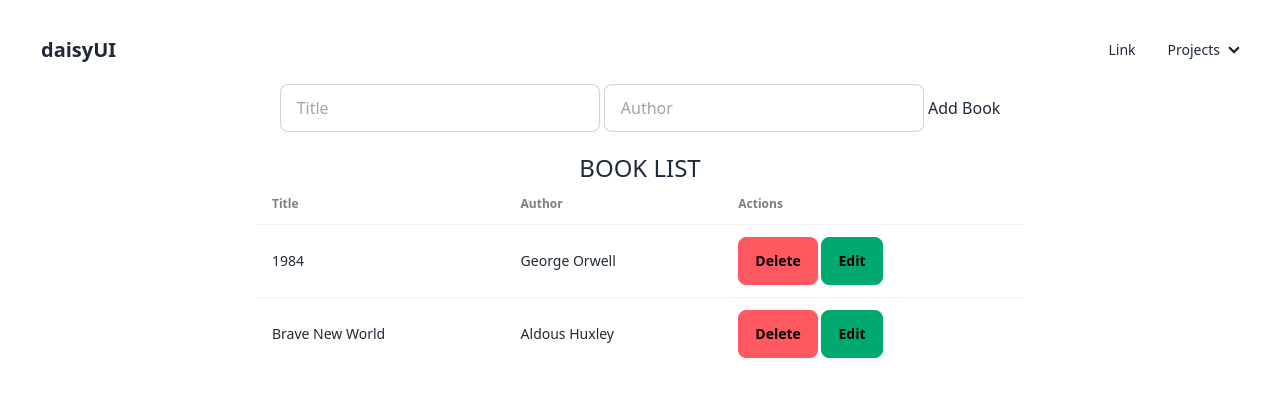
Repository: sibi24sibi/Crud-app-svelte
Page: /
The author's editor kept a copy of each file at every save. The page is drawn from the files as they stood at one save, then again after a run of saves.
The browser window is 1280 px wide. The pictures show the whole page.
The project was rebuilt for these pictures with package versions that can differ from the ones it lists, and the page was loaded fresh each time. Also part of the build but not shown: svelte.config.js, vite.config.js.

Above is the page before, as saved 2024-06-30 19:05:27.

### index.html
<!doctype html>
<html lang="en" data-theme="light">
  <head>
    <meta charset="UTF-8" />
    <link rel="icon" type="image/svg+xml" href="/vite.svg" />
    <meta name="viewport" content="width=device-width, initial-scale=1.0" />
    <title>Vite + Svelte</title>
  </head>
  <body>
    <div id="app"></div>
    <script type="module" src="/src/main.js"></script>
  </body>
</html>

### src/App.svelte
<script>
  import Navbar from "./Components/Navbar.svelte";

  import AddBook from "./Components/AddBook.svelte";
  import BookList from "./Components/BookList.svelte";
</script>

<main>
  <Navbar />

  <AddBook />
  <BookList />
</main>

<style>
  main {
    text-align: center;
    padding: 1em;
    margin: 0 auto;
  }
</style>

### src/Components/Navbar.svelte
<script></script>

<body>
  <div class="navbar bg-base-100">
    <div class="flex-1">
      <a class="btn btn-ghost text-xl">daisyUI</a>
    </div>
    <div class="flex-none">
      <ul class="menu menu-horizontal px-1">
        <li><a>Link</a></li>
        <li>
          <details>
            <summary>Projects</summary>
            <ul class="bg-base-100 rounded-t-none p-2">
              <li><a>Video player</a></li>
              <li><a>data entry</a></li>
            </ul>
          </details>
        </li>
      </ul>
    </div>
  </div>
</body>

<style>
</style>

### src/Components/AddBook.svelte
<script>
  import { books } from "./BookStore.js";
  let title = "";
  let author = "";

  function addBook() {
    books.update((items) => [
      ...items,
      { id: items.length ? items[items.length - 1].id + 1 : 1, title, author },
    ]);
    title = "";
    author = "";
  }
</script>

<div class="">
  <input
    placeholder="Title"
    class="input input-bordered w-full max-w-xs"
    bind:value={title}
  />
  <input
    placeholder="Author"
    class="input input-bordered w-full max-w-xs"
    bind:value={author}
  />
  <button on:click={addBook}>Add Book</button>
</div>

### src/Components/BookList.svelte
<script>
  import { books } from "./BookStore.js";
  let editableBook = null;

  function deleteBook(id) {
    books.update((items) => items.filter((item) => item.id !== id));
  }

  function editBook(book) {
    editableBook = { ...book };
  }

  function saveEdit() {
    books.update((items) =>
      items.map((item) => (item.id === editableBook.id ? editableBook : item))
    );
    editableBook = null;
  }
</script>

<div class="overflow-x-auto max-w-3xl mx-auto my-5">
  <h1 class="text-2xl uppercase">Book List</h1>
  <table class="table">
    <thead>
      <tr>
        <th>Title</th>
        <th>Author</th>
        <th>Actions</th>
      </tr>
    </thead>
    <tbody>
      {#each $books as book}
        <tr>
          {#if editableBook && editableBook.id === book.id}
            <td
              ><input
                class="input input-bordered"
                bind:value={editableBook.title}
              /></td
            >

            <td>
              <input
                class="input input-bordered"
                bind:value={editableBook.author}
              /></td
            >
            <td>
              <button class="btn btn-primary" on:click={saveEdit}>Save</button
              ></td
            >
          {:else}
            <td>{book.title} </td> <td> {book.author} </td>
            <td
              ><button
                class="btn btn-error"
                on:click={() => deleteBook(book.id)}>Delete</button
              >
              <button class="btn btn-success" on:click={() => editBook(book)}
                >Edit</button
              ></td
            >
          {/if}
        </tr>
      {/each}
    </tbody>
  </table>
</div>

### src/Components/BookStore.js
import { writable } from "svelte/store";

export const books = writable([
  { id: 1, title: "1984", author: "George Orwell" },
  { id: 2, title: "Brave New World", author: "Aldous Huxley" },
]);

### tailwind.config.js
/** @type {import('tailwindcss').Config} */
export default {
  content: ["./index.html", "./src/**/*.{svelte,js,ts,jsx,tsx}"],
  theme: {
    extend: {},
  },
  plugins: [require("daisyui")],
};

Loaded but not shown: src/main.js (common file); src/app.css (common file)

After the next 2 saves:
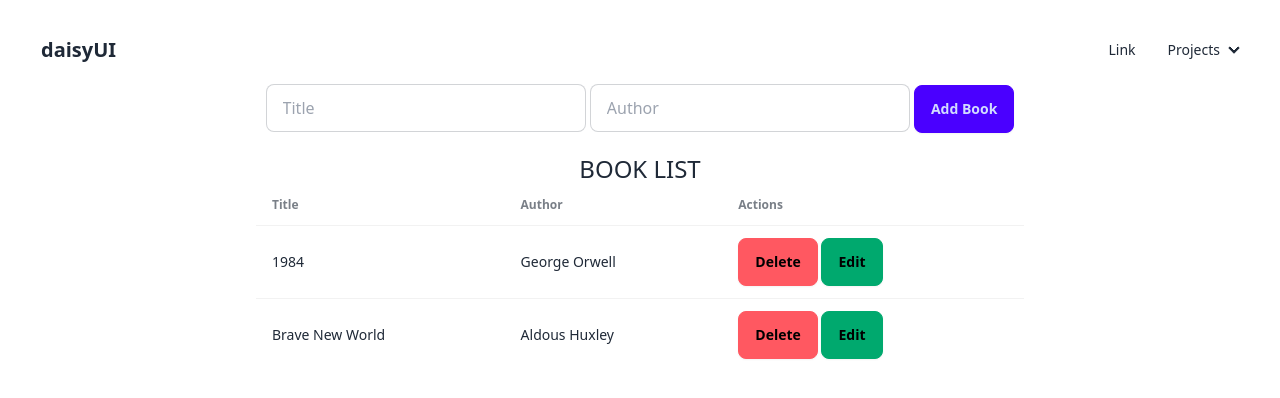
The 2 saves are shown as one change because 1 did not build or start.
The last was saved 54 s later.
--- a/src/Components/AddBook.svelte
+++ b/src/Components/AddBook.svelte
@@ -24,5 +24,5 @@
     class="input input-bordered w-full max-w-xs"
     bind:value={author}
   />
-  <button on:click={addBook}>Add Book</button>
+  <button class="btn btn-primary" {addBook}>Add Book</button>
 </div>
